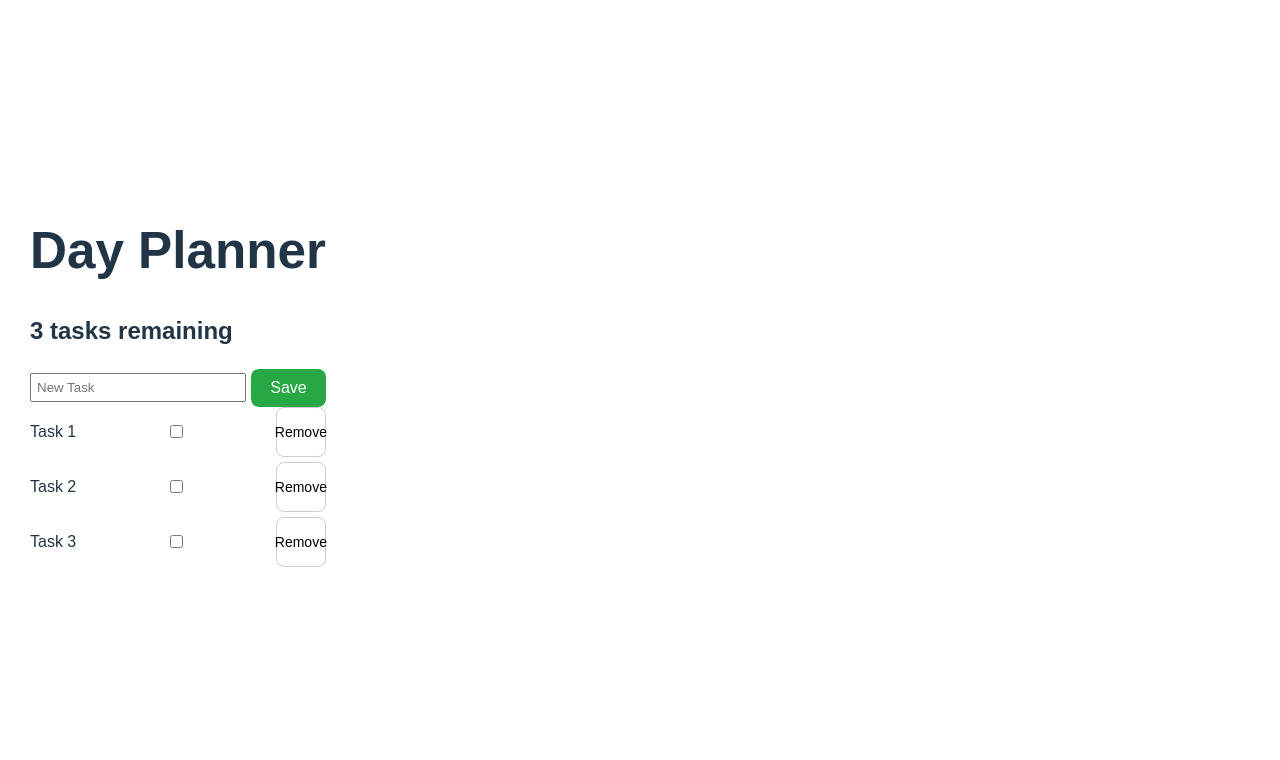
Repository: GavinPahal/lab5
Page: /
The author's editor kept a copy of each file at every save. The page is drawn from the files as they stood at one save, then again after the next save.
The browser window is 1280 px wide. The pictures show the whole page.
The project was rebuilt for these pictures with package versions that can differ from the ones it lists, and the page was loaded fresh each time. Also part of the build but not shown: vite.config.js.

Above is the page before, as saved 2024-10-11 17:47:51.

After the next save:
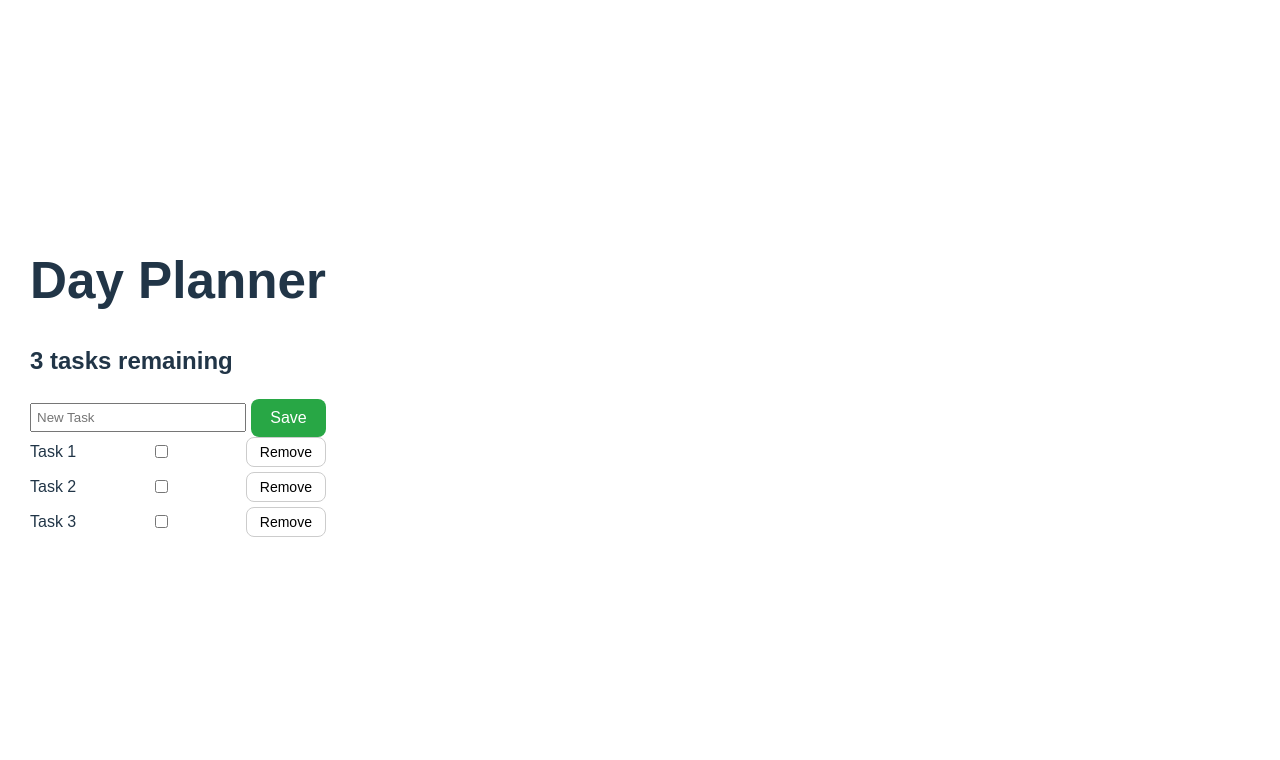
Saved 38 s later.
--- a/src/App.css
+++ b/src/App.css
@@ -38,8 +38,8 @@ button.save:hover {
 }
 
 button.remove {
-  width: 50px; /* Fixed width for square shape */
-  height: 50px; /* Fixed height for square shape */
+  width: 80px; /* Width for rectangular shape */
+  height: 30px; /* Reduced height for rectangular shape */
   background-color: transparent; /* No background color */
   color: black; /* Text color */
   border: 1px solid #ccc; /* Light border for visibility */
@@ -47,7 +47,11 @@ button.remove {
   display: flex; /* Flexbox for centering text */
   align-items: center; /* Center vertically */
   justify-content: center; /* Center horizontally */
-  font-size: 14px; /* Adjust font size to fit */
+  font-size: 14px; /* Font size for fitting text */
+}
+
+button.remove:hover {
+  border-color: #999; /* Darker border on hover for effect */
 }
 
 .completed span {
